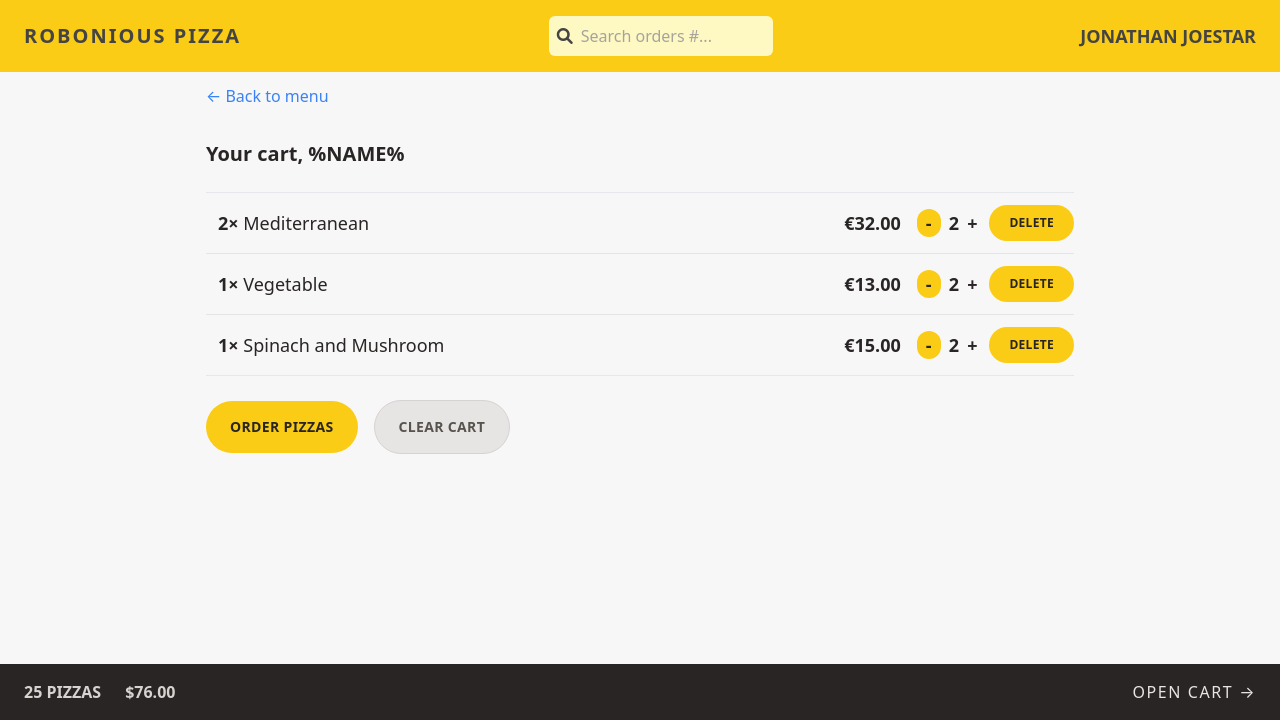
Repository: Alexro04/fast-food
Page: /cart (app in fast-food/)
An editor plug-in stored every save of this project. The page is shown before and after the next save, followed by the edit.
The browser window is 1280 px wide. The pictures show the whole page.
The project was rebuilt for these pictures with package versions that can differ from the ones it lists, and the page was loaded fresh each time. Also part of the build but not shown: fast-food/vite.config.js, fast-food/src/features/user/CreateUser.jsx, fast-food/src/ui/Home.jsx, fast-food/src/ui/Loading.jsx, fast-food/src/utils/apiRestaurant.js, fast-food/src/features/order/OrderItem.jsx, fast-food/src/features/order/Order.jsx, fast-food/src/features/menu/MenuItem.jsx and 3 more.

Above is the page before, as saved 2025-03-14 07:20:05.

### fast-food/index.html
<!doctype html>
<html lang="en">
  <head>
    <meta charset="UTF-8" />
    <link rel="icon" type="image/svg+xml" href="/vite.svg" />
    <link
      rel="stylesheet"
      href="https://cdnjs.cloudflare.com/ajax/libs/font-awesome/6.0.0-beta3/css/all.min.css"
    />
    <meta name="viewport" content="width=device-width, initial-scale=1.0" />
    <title>Vite + React</title>
  </head>
  <body>
    <div id="root"></div>
    <script type="module" src="/src/main.jsx"></script>
  </body>
</html>

### fast-food/src/index.css
@tailwind base;
@tailwind components;
@tailwind utilities;
@layer components {
  .input {
    @apply rounded-full border border-stone-200 px-4 py-2 transition-all duration-300 focus:outline-none focus:ring focus:ring-yellow-300 md:px-6 md:py-3;
  }
}

body {
  font-family:
    system-ui,
    -apple-system,
    BlinkMacSystemFont,
    "Segoe UI",
    Roboto,
    Oxygen,
    Ubuntu,
    Cantarell,
    "Open Sans",
    "Helvetica Neue",
    sans-serif;
  background-color: #f7f7f7;
  color: #444;
}

.layout {
  display: grid;
  grid-template-rows: auto 1fr auto;
  gap: 32px;
  height: 100dvh;
}

/* https://dev.to/afif/i-made-100-css-loaders-for-your-next-project-4eje */
.loader {
  width: 45px;
  aspect-ratio: 0.75;
  --c: no-repeat linear-gradient(#333 0 0);
  background:
    var(--c) 0% 50%,
    var(--c) 50% 50%,
    var(--c) 100% 50%;
  background-size: 20% 50%;
  animation: loading 1s infinite linear;
}

@keyframes loading {
  20% {
    background-position:
      0% 0%,
      50% 50%,
      100% 50%;
  }
  40% {
    background-position:
      0% 100%,
      50% 0%,
      100% 50%;
  }
  60% {
    background-position:
      0% 50%,
      50% 100%,
      100% 0%;
  }
  80% {
    background-position:
      0% 50%,
      50% 50%,
      100% 100%;
  }
}

### fast-food/src/App.jsx
import { createBrowserRouter, RouterProvider } from "react-router-dom"
import Home from "./ui/Home"
import AppLayout from "./ui/AppLayout"
import Cart from './features/cart/Cart'
import Order, { loader as orderLoader } from './features/order/Order'
import Menu, { loader as menuLoader } from './features/menu/Menu'
import Error from './ui/Error'
import CreateOrder, { action as createOrderAction } from "./features/order/CreateOrder"

function App() {
  const router = createBrowserRouter([
    {
      element: <AppLayout />,
      errorElement: <Error />,
      children: [
        {
          path: '/',
          element: <Home />
        },
        {
          path: '/cart',
          element: <Cart />
        },
        {
          path: '/order/:orderId',
          element: <Order />,
          loader: orderLoader,
          errorElement: <Error />
        },
        {
          path: '/order/new',
          element: <CreateOrder />,
          action: createOrderAction
        },
        {
          path: '/menu',
          element: <Menu />,
          loader: menuLoader,
          errorElement: <Error />
        },
      ]
    }
  ])

  return (
    <RouterProvider router={router} />
  )
}

export default App

### fast-food/src/ui/AppLayout.jsx
import { Outlet, useNavigation } from "react-router-dom";
import Header from "./Header";
import Loading from "./Loading";
import Footer from "./Footer";

export default function AppLayout() {
  const navigation = useNavigation();
  const isLoading = navigation.state === "loading";

  return (
    <div className="grid h-screen grid-rows-[auto_1fr_auto]">
      {isLoading && <Loading />}
      <Header />
      <main className="flex overflow-y-scroll">
        <div className="mx-auto w-full max-w-[900px]">
          <Outlet />
        </div>
      </main>
      <Footer />
    </div>
  );
}

### fast-food/src/features/cart/Cart.jsx
import { Link } from "react-router-dom";
import Button from "../../ui/Button";
import CartItem from "./CartItem";

const fakeCart = [
  {
    pizzaId: 12,
    name: "Mediterranean",
    quantity: 2,
    unitPrice: 16,
    totalPrice: 32,
  },
  {
    pizzaId: 6,
    name: "Vegetable",
    quantity: 1,
    unitPrice: 13,
    totalPrice: 13,
  },
  {
    pizzaId: 11,
    name: "Spinach and Mushroom",
    quantity: 1,
    unitPrice: 15,
    totalPrice: 15,
  },
];

function Cart() {
  const cart = fakeCart;

  return (
    <div className="px-4 py-3 text-stone-800">
      <Link to="/menu" className="text-blue-500" font-semibold>
        &larr; Back to menu
      </Link>

      <h2 className="mt-8 text-xl font-semibold">Your cart, %NAME%</h2>
      <ul className="my-6 divide-y divide-stone-200 border-y">
        {cart.map((item) => (
          <div className="flex items-center justify-between">
            <CartItem item={item} />
            <Button type="small">delete</Button>
          </div>
        ))}
      </ul>
      <div className="space-x-4">
        <Button type="primary" to="/order/new">
          Order pizzas
        </Button>
        <Button type="secondary">Clear cart</Button>
      </div>
    </div>
  );
}

export default Cart;

### fast-food/src/ui/Header.jsx
import { Link } from "react-router-dom";
import Search from "./Search";

function Header() {
  return (
    <header className="flex items-center justify-between bg-yellow-400 px-3 py-4 sm:px-6">
      <Link
        to="/"
        className="whitespace-nowrap text-lg font-semibold uppercase tracking-wider sm:tracking-widest md:text-xl"
      >
        Robonious Pizza
      </Link>
      <Search />
      <p className="hidden text-base font-semibold uppercase sm:block md:text-lg">
        Jonathan Joestar
      </p>
    </header>
  );
}

export default Header;

### fast-food/src/ui/Footer.jsx
import { Link } from "react-router-dom";

function Footer() {
  return (
    <div className="flex justify-between bg-stone-800 px-3 py-4 text-sm uppercase text-stone-200 sm:px-6 md:text-base">
      <p className="space-x-2 font-semibold text-stone-300 sm:space-x-6">
        <span>25 pizzas</span>
        <span>$76.00</span>
      </p>
      <Link to="/cart" className="tracking-widest">
        open cart &rarr;
      </Link>
    </div>
  );
}

export default Footer;

### fast-food/src/ui/Button.jsx
import React from "react";
import { Link } from "react-router-dom";

function Button({ children, disabled, type, to }) {
  const base =
    "inline-block h-fit tracking-wide disabled:cursor-not-allowed rounded-full transition-colors duration-300 font-semibold uppercase focus:outline-none focus:ring-2 focus:ring-offset-2 ";

  const base_primary =
    base +
    "bg-yellow-400 text-stone-800 hover:bg-yellow-300 focus:bg-yellow-300 focus:ring-yellow-300 ";

  const base_secondary =
    base +
    "bg-stone-200 text-stone-600 border border-stone-300 hover:bg-stone-800 hover:text-stone-200 focus:bg-stone-800 focus:text-stone-200 focus:ring-stone-800 ";

  const style = {
    primary: base_primary + "px-4 py-3 text-sm md:px-6 md:py-4",
    secondary: base_secondary + "px-4 py-3 text-sm md:px-6 md:py-4",
    small: base_primary + "px-4 py-2 text-xs md:px-5 md:py-2.5",
    circle: base_primary + "w-6 h-6 my-auto mx-auto",
  };

  if (to)
    return (
      <Link to={to} className={style[type]}>
        {children}
      </Link>
    );

  return (
    <button disabled={disabled} className={style[type]}>
      {children}
    </button>
  );
}

export default Button;

### fast-food/src/features/cart/CartItem.jsx
import Button from "../../ui/Button";
import { formatCurrency } from "../../utils/helpers";

function CartItem({ item }) {
  const { pizzaId, name, quantity, totalPrice } = item;

  return (
    <li className="flex grow items-center justify-between px-2 py-3 sm:px-3 sm:py-4 sm:text-lg">
      <p>
        <span className="font-semibold">{quantity}&times;</span> {name}
      </p>
      <div className="flex gap-4 font-semibold">
        <p>{formatCurrency(totalPrice)}</p>
        <div className="space-x-2">
          <Button type="circle">-</Button>
          <span>2</span>
          <Button>+</Button>
        </div>
      </div>
    </li>
  );
}

export default CartItem;

### fast-food/src/ui/Search.jsx
import { useState } from "react";
import { useNavigate } from "react-router-dom";

function Search() {
  const [query, setQuery] = useState("");
  const navigate = useNavigate();

  function handleSubmit(e) {
    e.preventDefault();
    if (!query) return;
    navigate(`/order/${query}`);
    setQuery("");
  }

  return (
    <form onSubmit={handleSubmit} className="relative flex items-center">
      <i class="fas fa-search absolute left-2"></i>
      <input
        type="text"
        value={query}
        onChange={(e) => setQuery(e.target.value)}
        placeholder="Search orders #..."
        className="duration- rounded-md bg-yellow-100 py-2 pl-8 pr-4 transition-all placeholder:text-stone-400 focus:outline-none focus:ring focus:ring-yellow-500 focus:ring-opacity-50 sm:w-56 sm:focus:w-72 sm:focus:ring"
      />
    </form>
  );
}

export default Search;

Loaded but not shown: fast-food/src/main.jsx (common file); fast-food/src/utils/helpers.js (common file); fast-food/tailwind.config.js (common file)

After the next save:
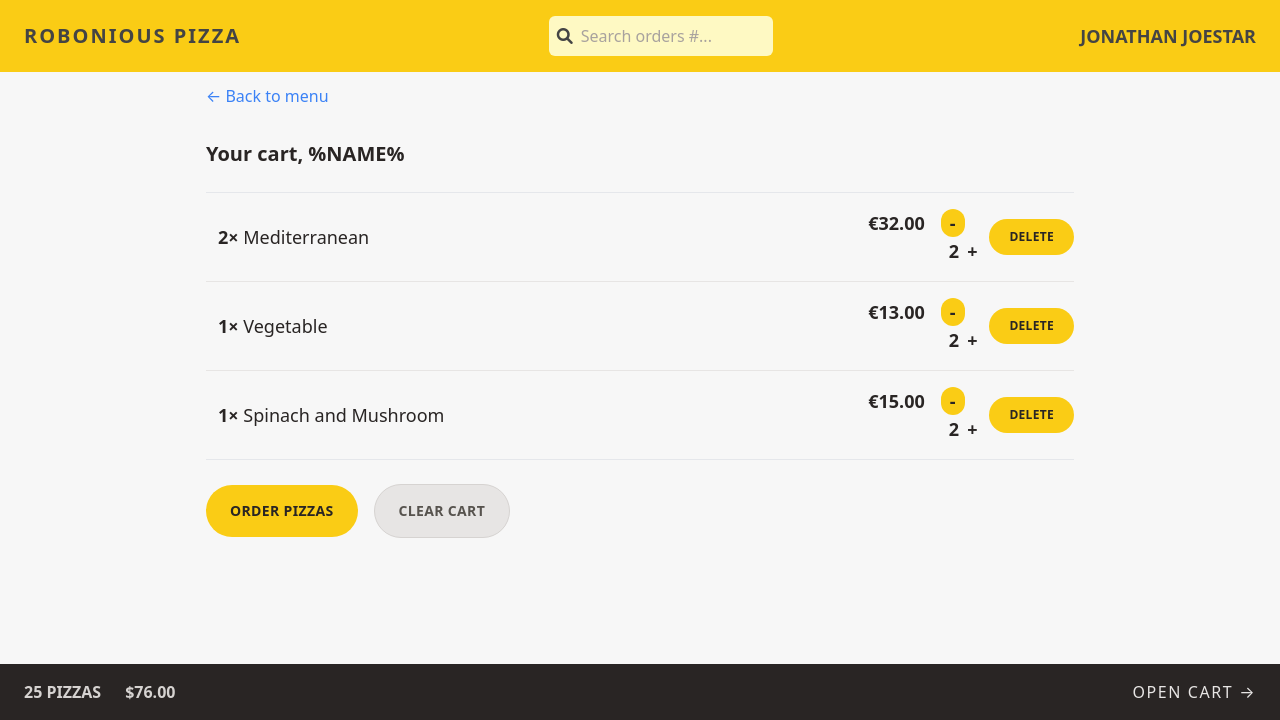
Saved 32 s later.
--- a/fast-food/src/ui/Button.jsx
+++ b/fast-food/src/ui/Button.jsx
@@ -17,7 +17,7 @@ function Button({ children, disabled, type, to }) {
     primary: base_primary + "px-4 py-3 text-sm md:px-6 md:py-4",
     secondary: base_secondary + "px-4 py-3 text-sm md:px-6 md:py-4",
     small: base_primary + "px-4 py-2 text-xs md:px-5 md:py-2.5",
-    circle: base_primary + "w-6 h-6 my-auto mx-auto",
+    circle: base_primary + "w-6 h-6 flex justify-center items-center",
   };
 
   if (to)
